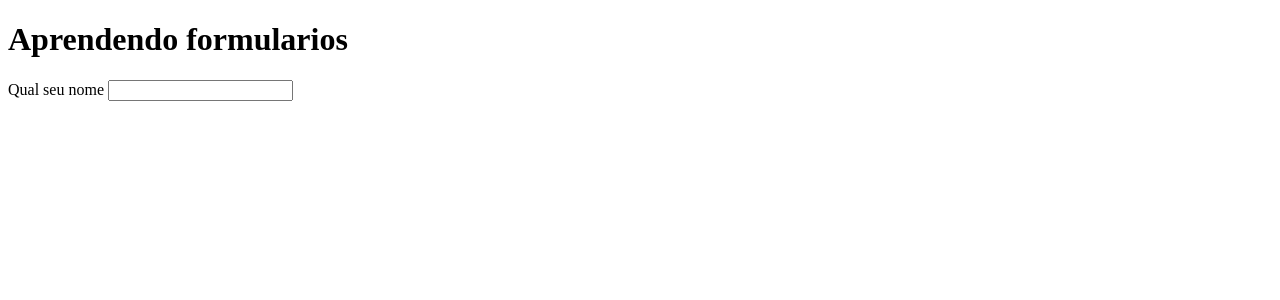
Repository: Lucianorodriguesdev/cursoHTML-CSS
Page: ex025/index.html
An editor plug-in stored every save of this project. The page is shown before and after the next save, followed by the edit.
The browser window is 1280 px wide. The pictures show the whole page.

Above is the page before, as saved 2026-07-07 21:41:52.

After the next save:
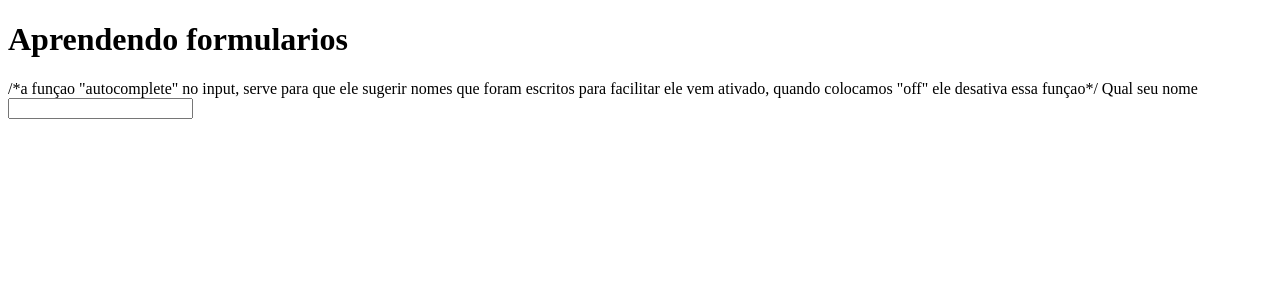
Saved 106 s later.
--- a/ex025/index.html
+++ b/ex025/index.html
@@ -8,8 +8,14 @@
 <body>
     <h1>Aprendendo formularios</h1>
     <form action="#">
+
+            /*a funçao "autocomplete" no input, serve para que ele sugerir nomes que foram
+            escritos para facilitar ele vem ativado, quando colocamos "off" ele desativa essa
+            funçao*/
+
         <label for="nome">Qual seu nome</label>
         <input autocomplete="off" type="text" name="nome" id="">
     </form>
+
 </body>
 </html>

After the save that followed:
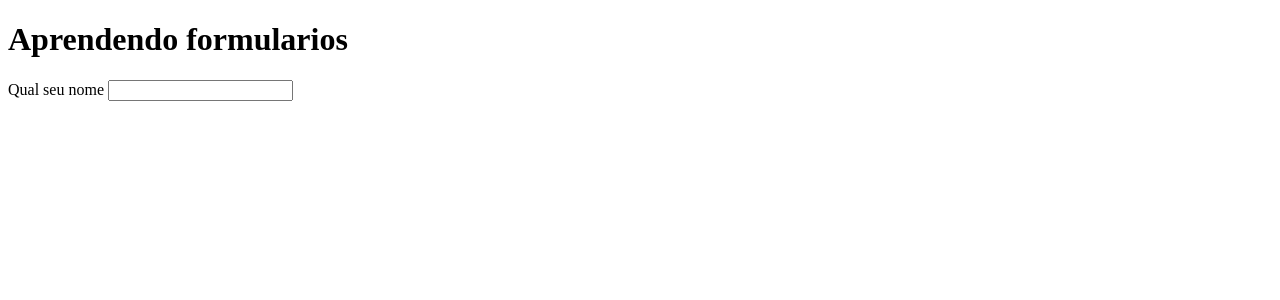
Saved 24 s later.
--- a/ex025/index.html
+++ b/ex025/index.html
@@ -9,9 +9,9 @@
     <h1>Aprendendo formularios</h1>
     <form action="#">
 
-            /*a funçao "autocomplete" no input, serve para que ele sugerir nomes que foram
+            <!--funçao "autocomplete" no input, serve para que ele sugerir nomes que foram
             escritos para facilitar ele vem ativado, quando colocamos "off" ele desativa essa
-            funçao*/
+            funçao-->
 
         <label for="nome">Qual seu nome</label>
         <input autocomplete="off" type="text" name="nome" id="">
